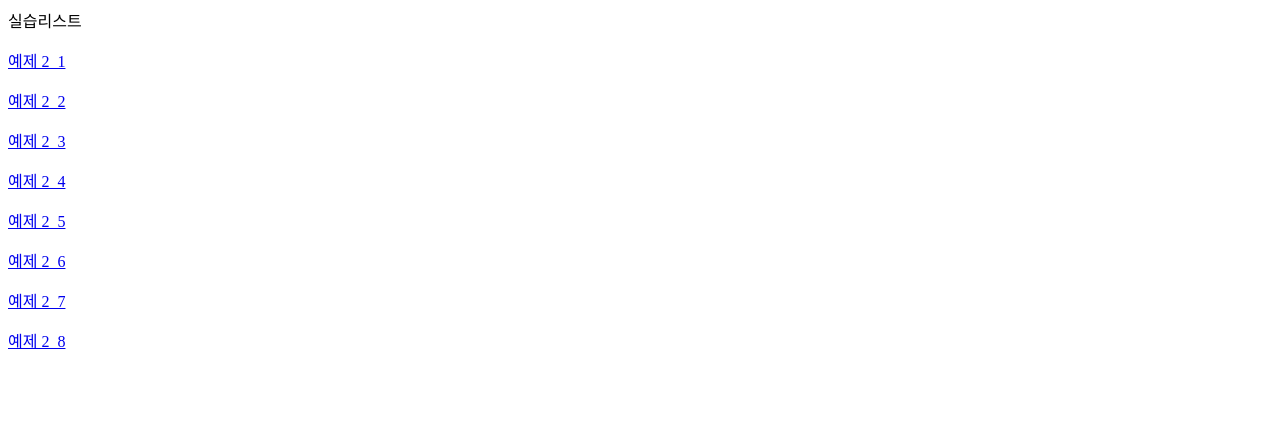
Repository: pjongbum/JSP
Page: http://localhost/jsbook/
An editor plug-in stored every save of this project. The page is shown before and after the next save, followed by the edit.
The browser window is 1280 px wide. The pictures show the whole page.
The page is served by Tomcat 10.

Above is the page before, as saved 2024-10-08 02:37:57.

After the next save:
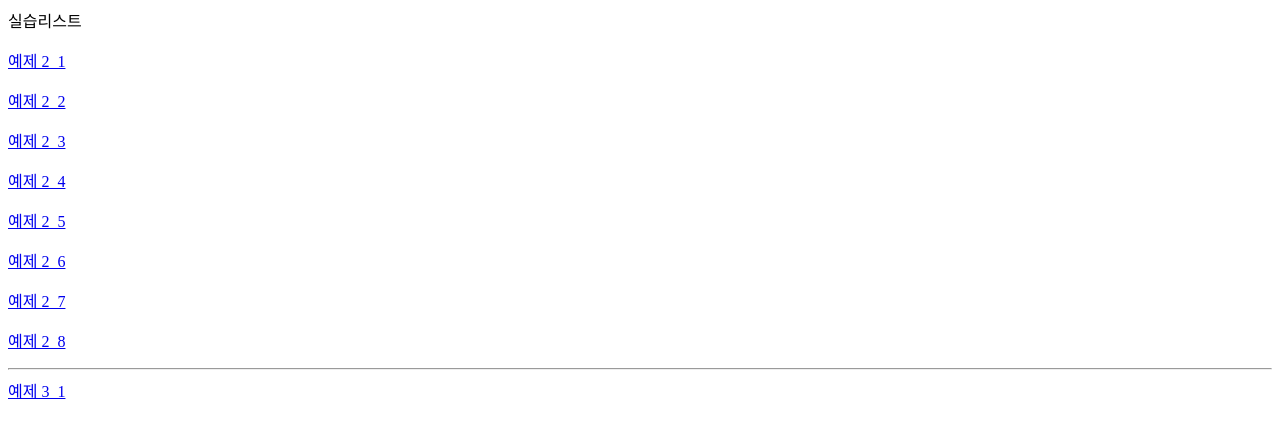
Saved 75 min 34 s later.
--- a/jsbook/src/main/webapp/index.jsp
+++ b/jsbook/src/main/webapp/index.jsp
@@ -16,5 +16,6 @@
 <p><a href = "2_6">예제 2_6</a></p>
 <p><a href = "2_7">예제 2_7</a></p>
 <p><a href = "2_8">예제 2_8</a></p>
+<hr><a href = "3_1">예제 3_1</a></hr>
 </body>
 </html>
